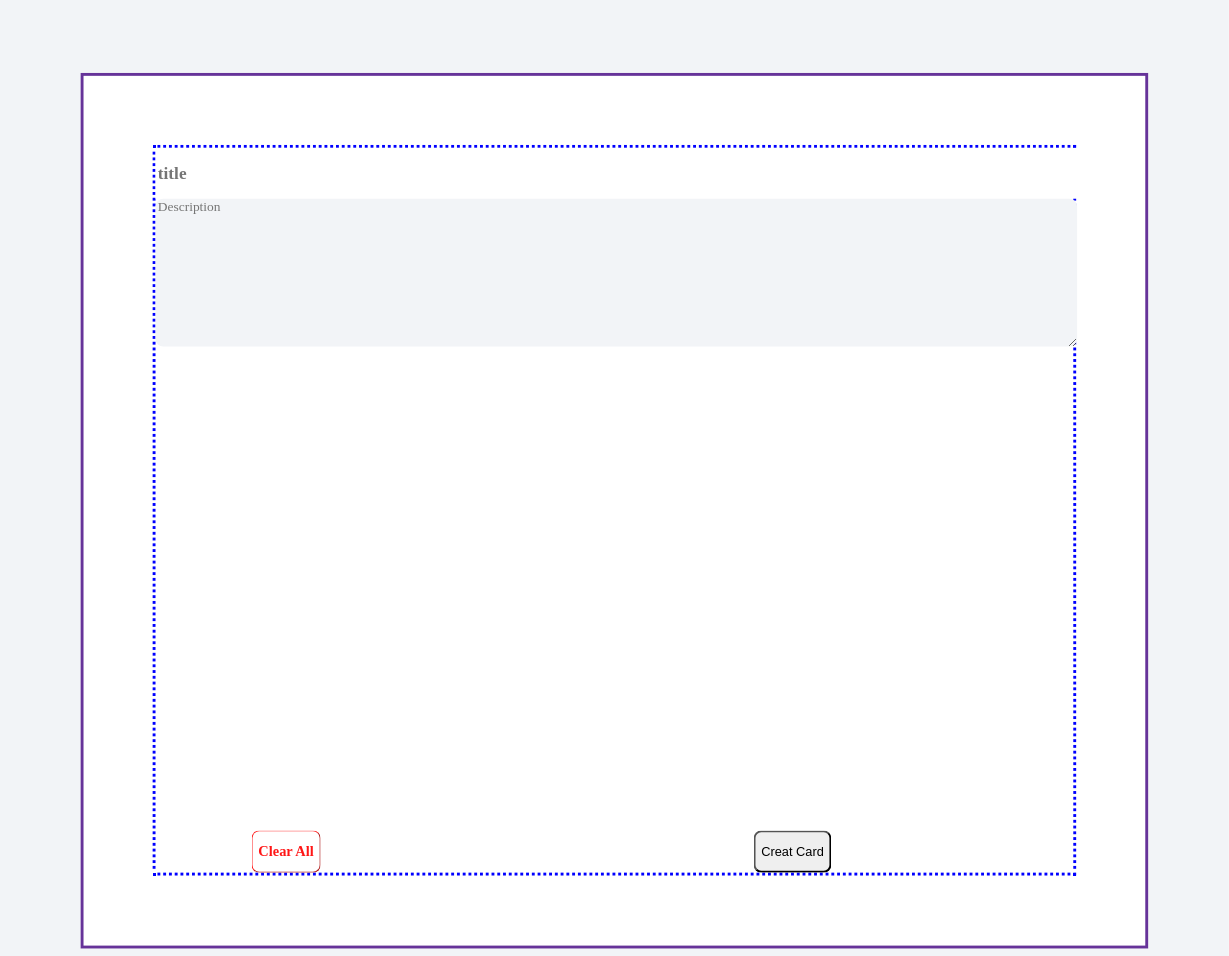
Repository: ReyhanehRahmani/TO-DO
Page: index.html
The author's editor kept a copy of each file at every save. The page is drawn from the files as they stood at one save, then again after the next save.
The browser window is 1280 px wide. The pictures show the whole page, at 96% of full size.

Above is the page before, as saved 2025-06-07 22:45:27.

After the next save:
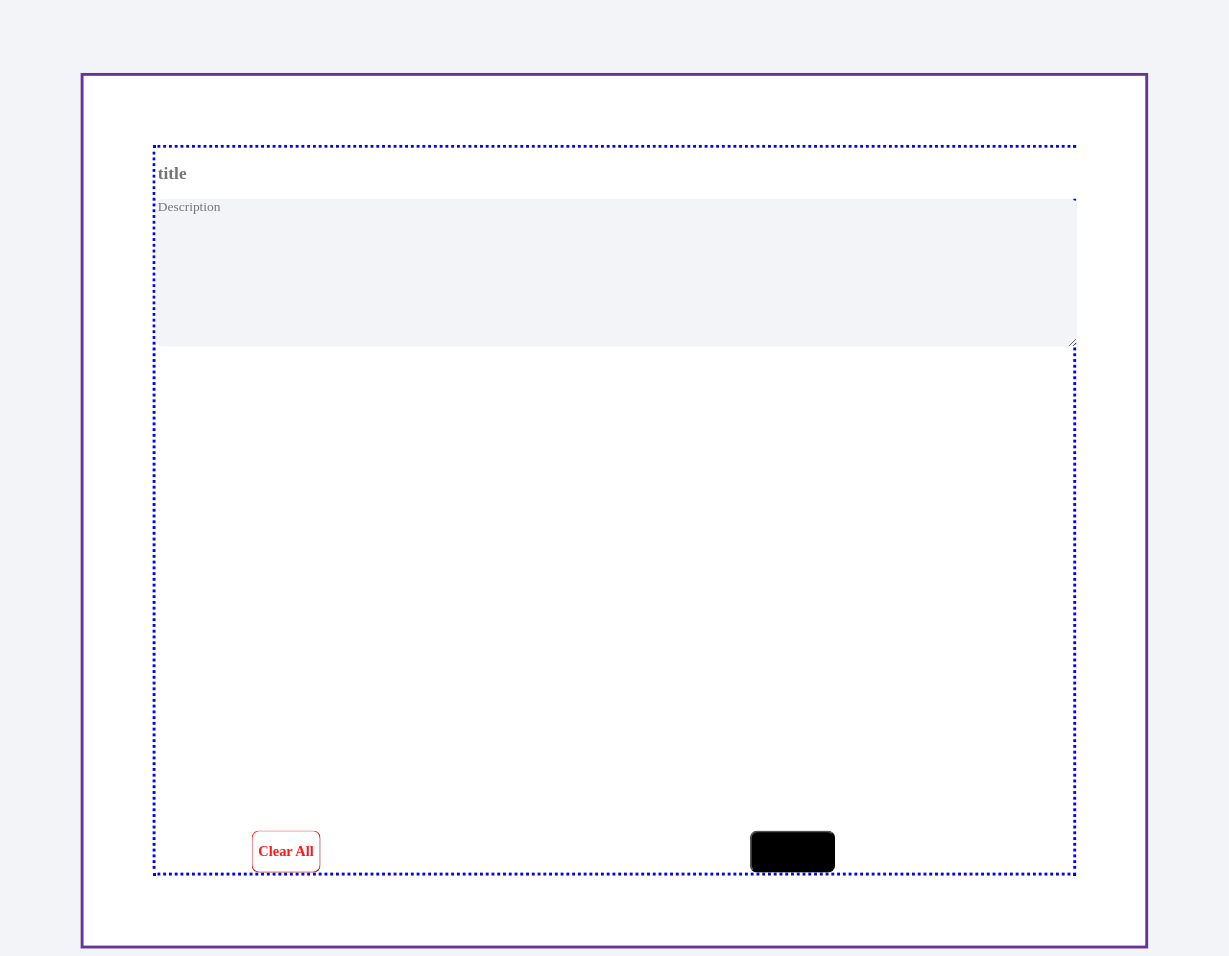
Saved 45 s later.
--- a/style.css
+++ b/style.css
@@ -90,4 +90,11 @@ body{
 #creatbut{
     height: 44px;
     border-radius: 8px;
+    background: #000000;
+    font-family: 'Poppins';
+    font-weight: 600;
+    font-size: 15px;
+    line-height: 100%;
+    letter-spacing: -3%;
+
 }
